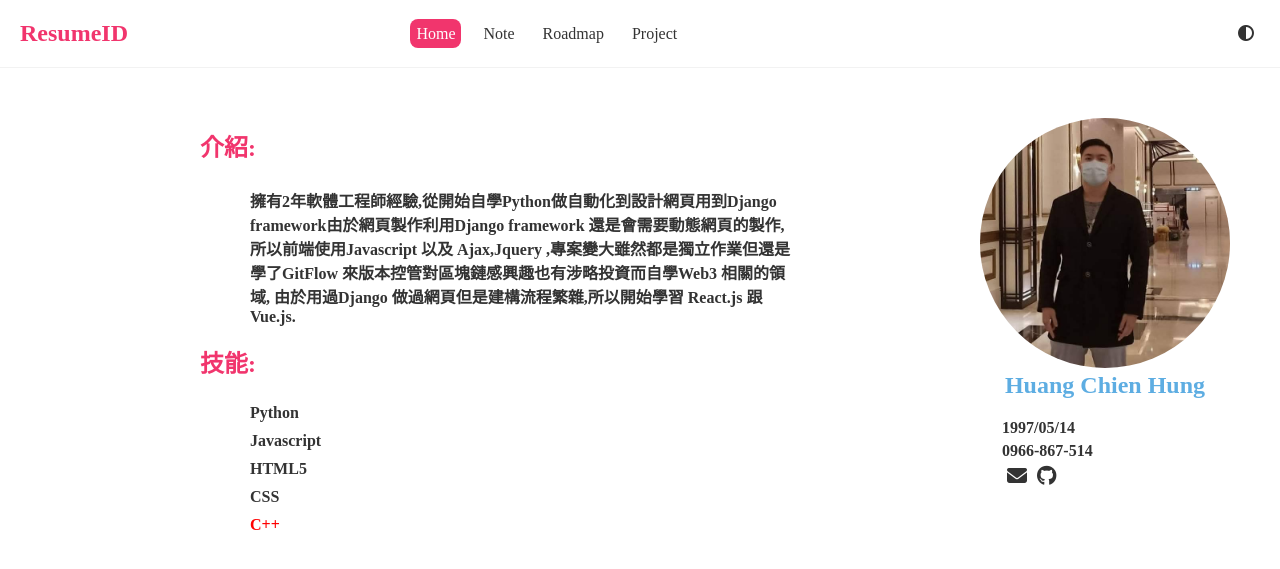
Repository: leo-play-code/ResumeID
Page: /
An editor plug-in stored every save of this project. The page is shown before and after the next save, followed by the edit.
The browser window is 1280 px wide. The pictures show the whole page.
Some web libraries are served in a nearby version. The project was rebuilt for these pictures with package versions that can differ from the ones it lists, and the page was loaded fresh each time. Also part of the build but not shown: src/Note/Note.js, src/Roadmap/Roadmap.js, src/Project/Project.js.

Above is the page before, as saved 2022-10-18 15:30:03.

After the next save:
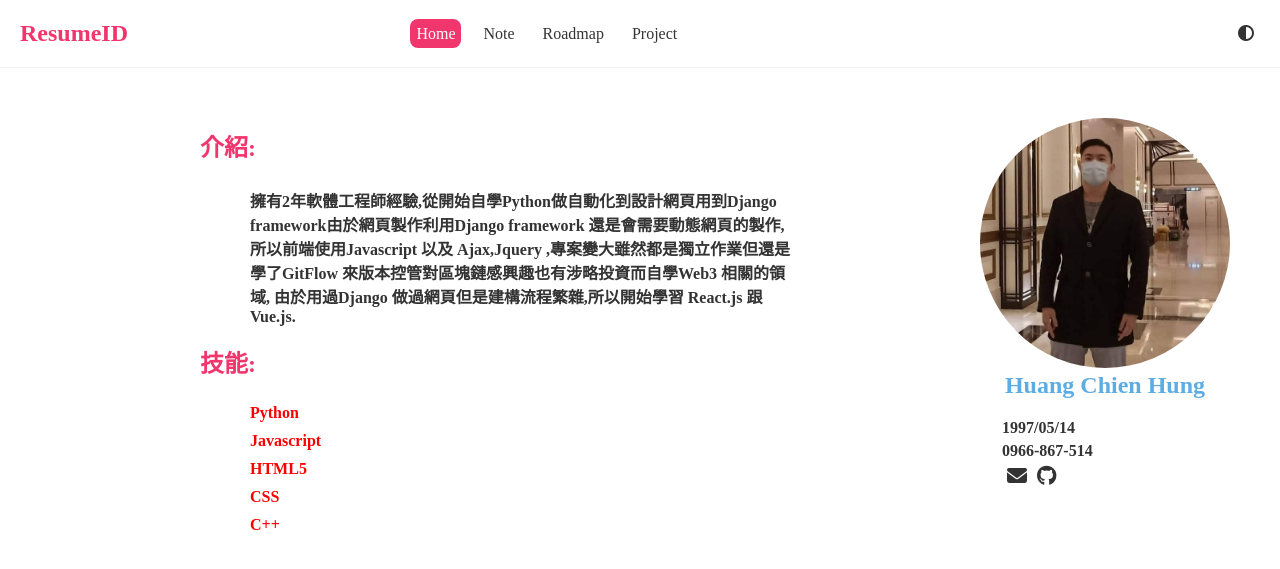
Saved 6 s later.
--- a/src/Home/Home.js
+++ b/src/Home/Home.js
@@ -16,10 +16,10 @@ function Home(){
                     <br />
                     <h2 className='context-title'>技能:</h2>
                     <div className='skill'>
-                        <div><b>Python</b></div>
-                        <div><b>Javascript</b></div>
-                        <div><b>HTML5</b></div>
-                        <div><b>CSS</b></div>
+                        <div><b className='skill-language'>Python</b></div>
+                        <div><b className='skill-language'>Javascript</b></div>
+                        <div><b className='skill-language'>HTML5</b></div>
+                        <div><b className='skill-language'>CSS</b></div>
                         <div><b className='skill-language'>C++</b></div>
                     </div>
                 </div>
